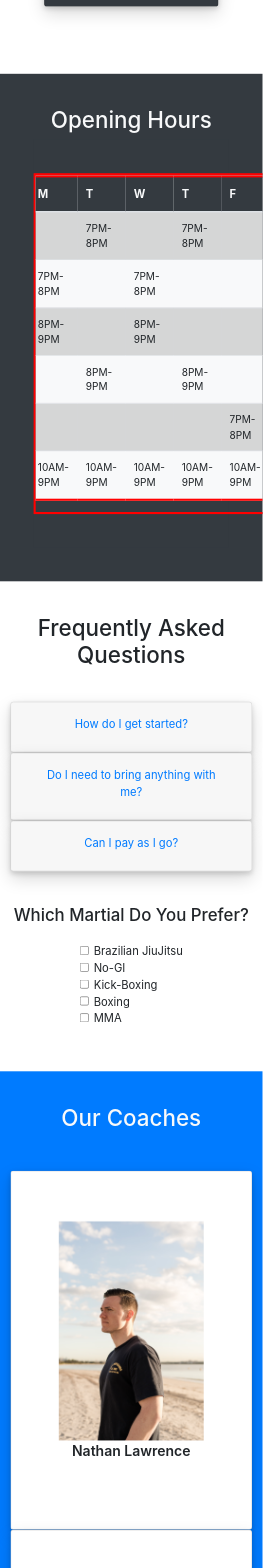
Repository: IonPara/Just-Fight
Page: index.html
The author's editor kept a copy of each file at every save. The page is drawn from the files as they stood at one save, then again after the next save.
The browser window is 375 px wide. The pictures show the part of the page from y = 2149 to 4389 px (the page is 6083 px tall before and 6078 px after), at 70% of full size.
Some web libraries are served in a nearby version.

Above is the page before, as saved 2023-03-13 16:00:02.

After the next save:
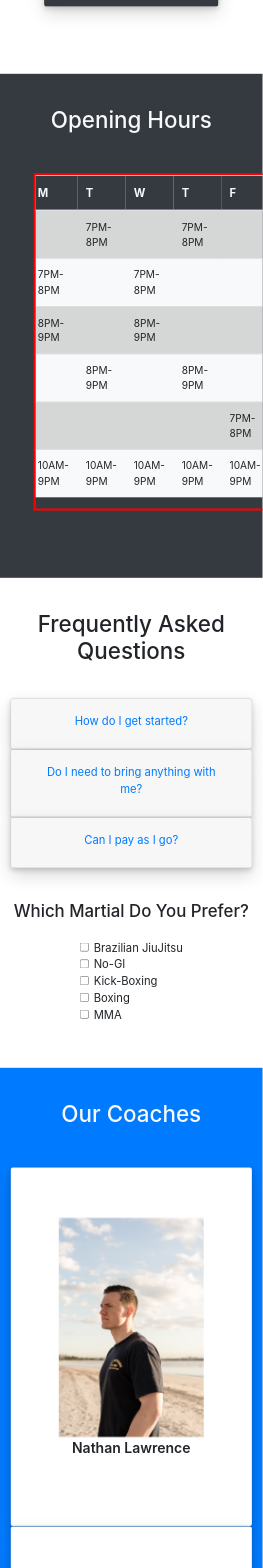
Saved 5 s later.
--- a/Styles/styles.css
+++ b/Styles/styles.css
@@ -150,7 +150,7 @@ footer p{
     #join {
         margin-bottom: 5px;
     }
-    .table-container,  table {
+    .table-container {
         min-width: 90dvw;
         border: solid red !important;
     }
